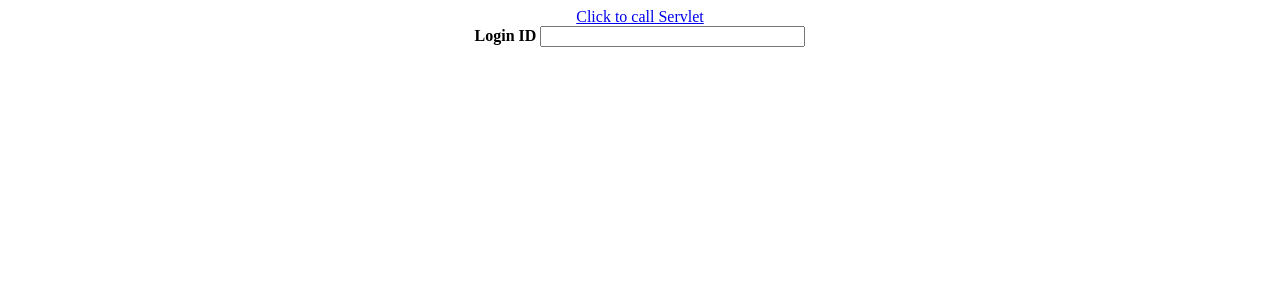
Repository: avads1/Webhook-listener
Page: webhook-servlet/WebContent/index.html
These files come from the project's save history. The page is drawn as it stood at one moment and after the next save; the edit follows.
The browser window is 1280 px wide. The pictures show the whole page.

Above is the page before, as saved 2022-05-01 01:56:42.

After the next save:
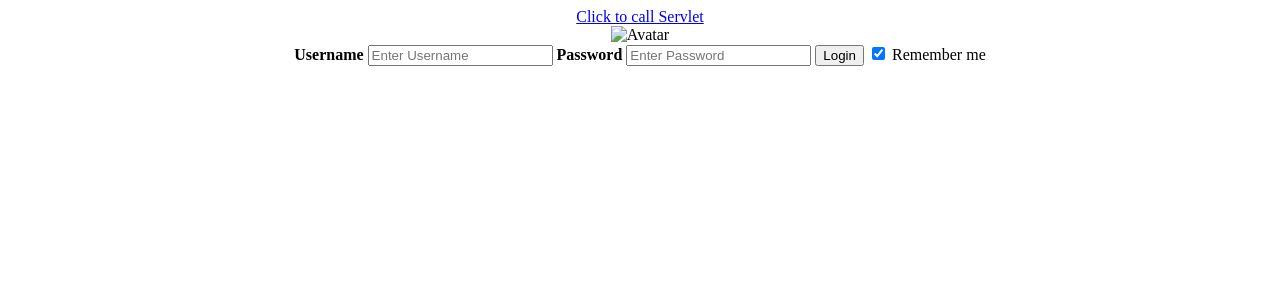
Not found: webhook-servlet/WebContent/img_avatar2.png
Saved 44 s later.
--- a/webhook-servlet/WebContent/index.html
+++ b/webhook-servlet/WebContent/index.html
@@ -3,19 +3,22 @@
 <BODY>
 	<CENTER>
 		<a href="welcome">Click to call Servlet</a>
-		<FORM NAME="Form1″ METHOD=" post"
-			ACTION="/welcome">
+		<form action="action_page.php" method="post">
+			<div class="imgcontainer">
+				<img src="img_avatar2.png" alt="Avatar" class="avatar">
+			</div>
 
-			<B>Login ID</B> <INPUT TYPE="text" NAME="loginid"
-				SIZE="30″>
-			<P>
-				<B>Password</B> <INPUT TYPE="
-				password" NAME="password"
-				SIZE="30″>
-			</P>
-			<P>
-				<INPUT TYPE=submit VALUE="Submit">
-			</P>
+			<div class="container">
+				<label for="uname"><b>Username</b></label> <input type="text"
+					placeholder="Enter Username" name="uname" required> <label
+					for="psw"><b>Password</b></label> <input type="password"
+					placeholder="Enter Password" name="psw" required>
+
+				<button type="submit">Login</button>
+				<label> <input type="checkbox" checked="checked"
+					name="remember"> Remember me
+				</label>
+			</div>
 </BODY>
 
 </HTML>

After the 2 saves that followed:
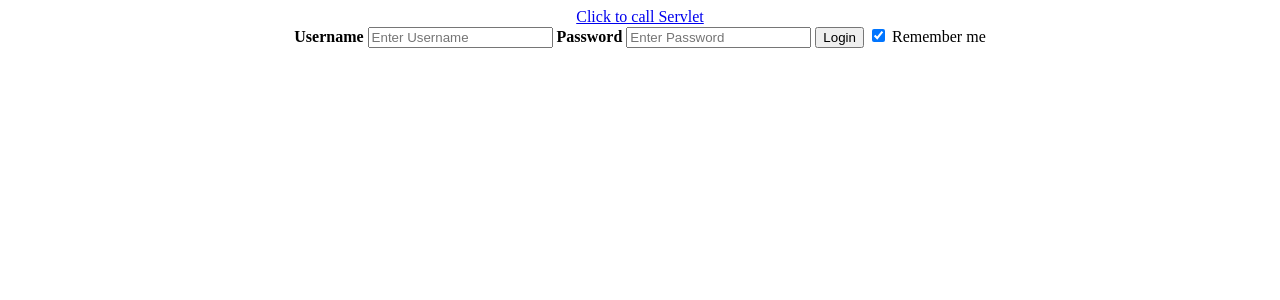
The 2 saves are shown as one change because 1 left the picture as it was.
The last was saved 20 s later.
--- a/webhook-servlet/WebContent/index.html
+++ b/webhook-servlet/WebContent/index.html
@@ -3,10 +3,7 @@
 <BODY>
 	<CENTER>
 		<a href="welcome">Click to call Servlet</a>
-		<form action="action_page.php" method="post">
-			<div class="imgcontainer">
-				<img src="img_avatar2.png" alt="Avatar" class="avatar">
-			</div>
+		<form action="welcome" method="post">
 
 			<div class="container">
 				<label for="uname"><b>Username</b></label> <input type="text"
